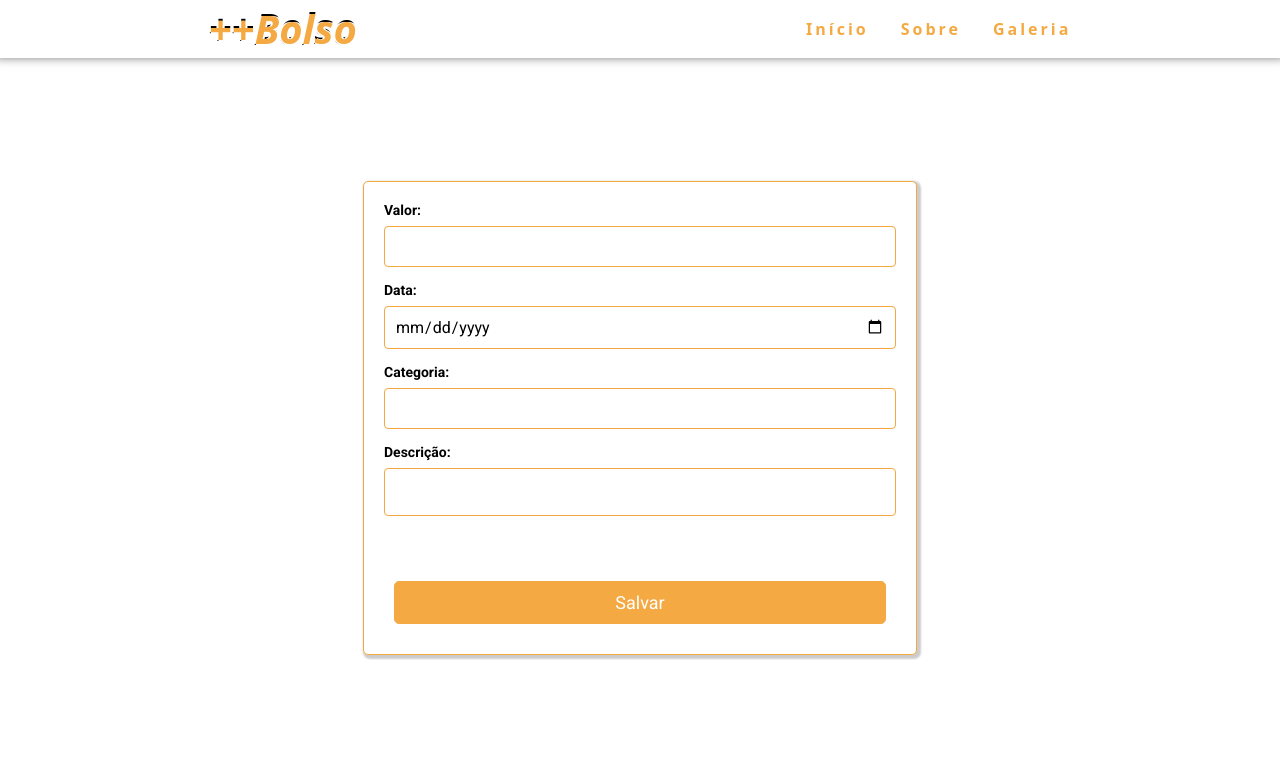
Repository: alexsanderkafka/java-servlets
Page: http://localhost/SaveMoney/cadastrarDespesa.jsp
An editor plug-in stored every save of this project. The page is shown before and after the next save, followed by the edit.
The browser window is 1280 px wide. The pictures show the whole page.
The page is served by Tomcat 9. Nobody is signed in. The application's start-up code is not run.

Above is the page before, as saved 2024-10-03 13:22:15.

After the next save:
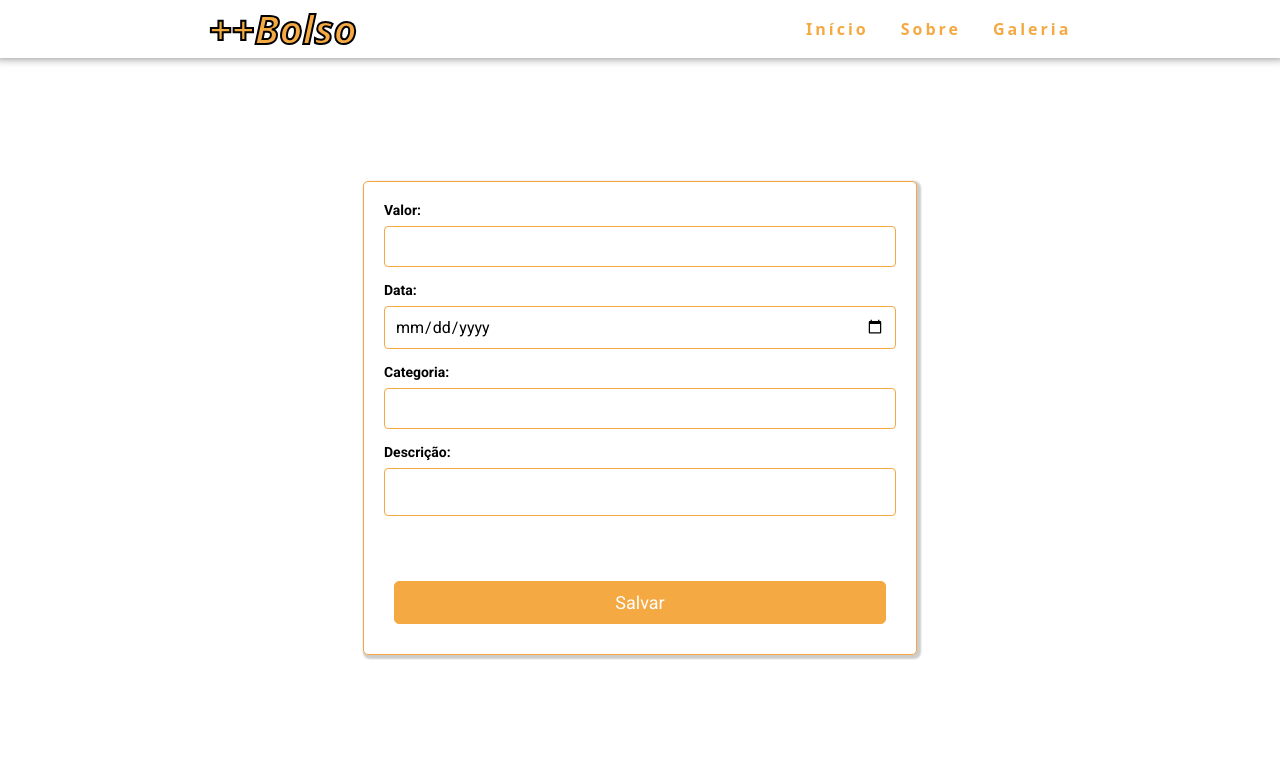
Saved 31 s later.
--- a/SaveMoney/src/main/webapp/styles/style.css
+++ b/SaveMoney/src/main/webapp/styles/style.css
@@ -41,8 +41,7 @@ header{
     font-style: italic;
     font-weight: bold;
     color: #F4A942;
-    text-shadow: 2px 0 #fff, -2px 0 #fff, 0 2px #fff, 0 -2px #000,
-               1px 1px #fff, -1px -1px #fff, 1px -1px #fff, -1px 1px #000;
+    -webkit-text-stroke: 2px black;
 }
 
 nav{
